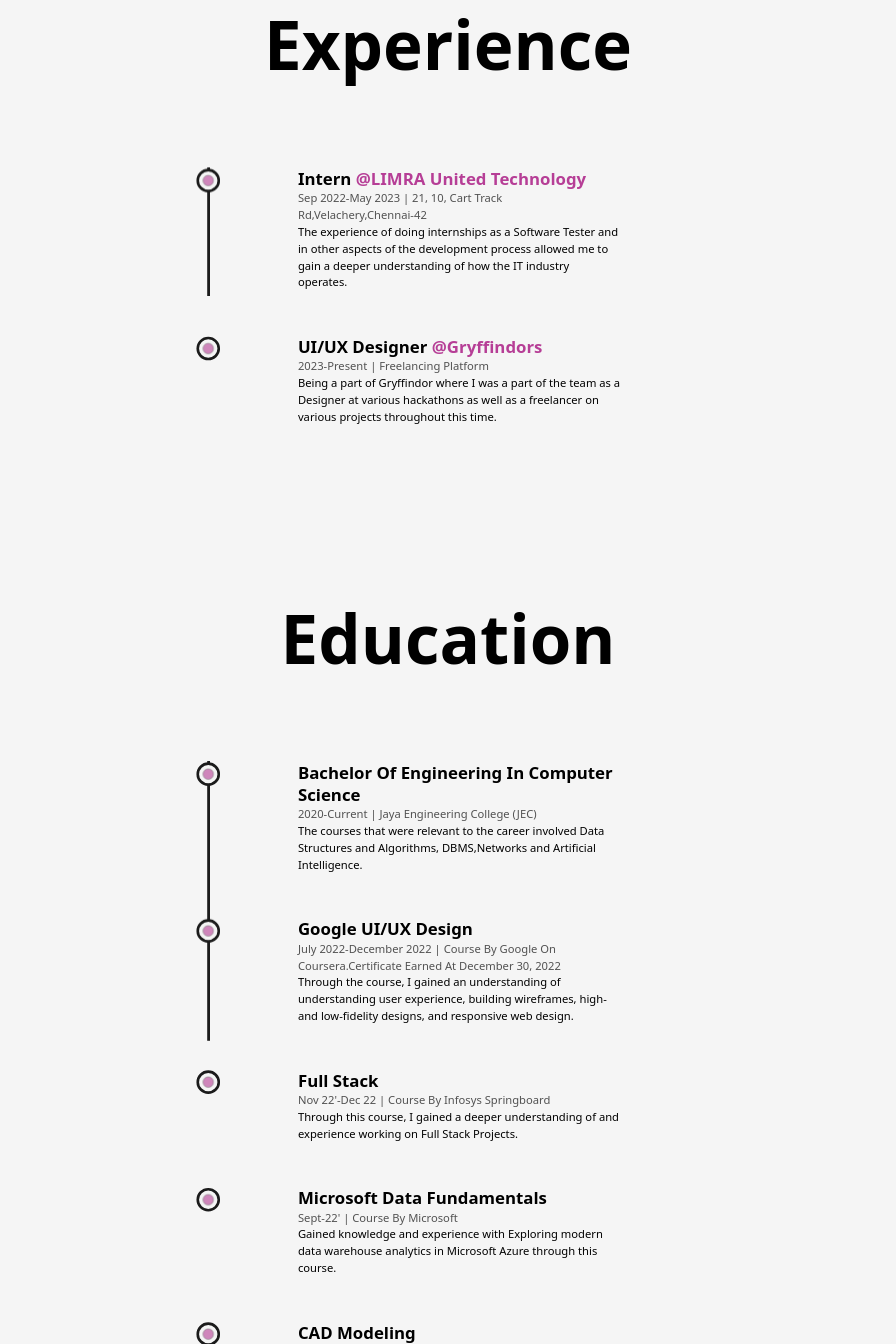
Repository: SMaheshwaran/PP
Page: /about
These files come from the project's save history. The page is drawn as it stood at one moment and after a run of saves; the edit follows.
The browser window is 1280 px wide. The pictures show the part of the page from y = 2203 to 4123 px (the page is 5060 px tall before and 5300 px after), at 70% of full size.
The project was rebuilt for these pictures with package versions that can differ from the ones it lists, and the page was loaded fresh each time. The framework's server and built-in components were replaced by stand-ins that run in the browser. Also part of the build but not shown: next.config.js.

Above is the page before, as saved 2023-11-01 14:01:55.

After the next 3 saves:
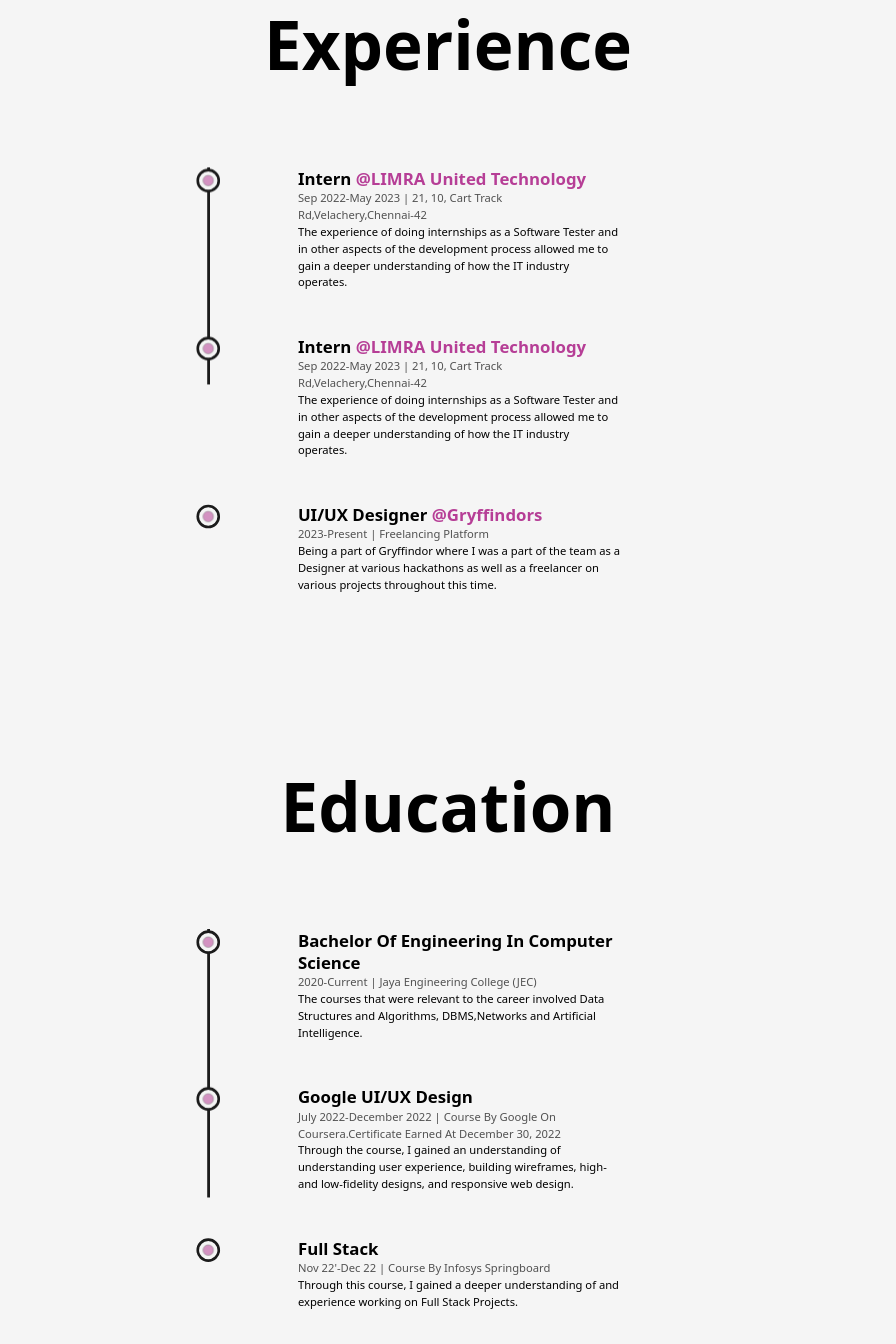
The 3 saves are shown as one change because they came seconds apart.
The last was saved 5 min 37 s later.
--- a/src/components/Experience.js
+++ b/src/components/Experience.js
@@ -56,6 +56,15 @@ className="absolute left-10 top-0 w-[4px] h-full bg-dark origin-top bg-dark orig
 md:w-[2px] md:left-[35px] xs:left-[33px]
 "/>
         <ul className="flex flex-col items-start justify-between w-full ml-4 xs:ml-5">
+        <Details
+            position="Intern"
+            company="LIMRA United Technology"
+            commpanyLink="https://www.linkedin.com/company/limraunited/mycompany/"
+            time="Sep 2022-May 2023"
+            address="21, 10, Cart Track Rd,Velachery,Chennai-42"
+            work="The experience of doing internships as a Software Tester and in other aspects of the development process allowed me to gain a deeper understanding of how the IT industry operates."
+            />
+
             <Details
             position="Intern"
             company="LIMRA United Technology"
